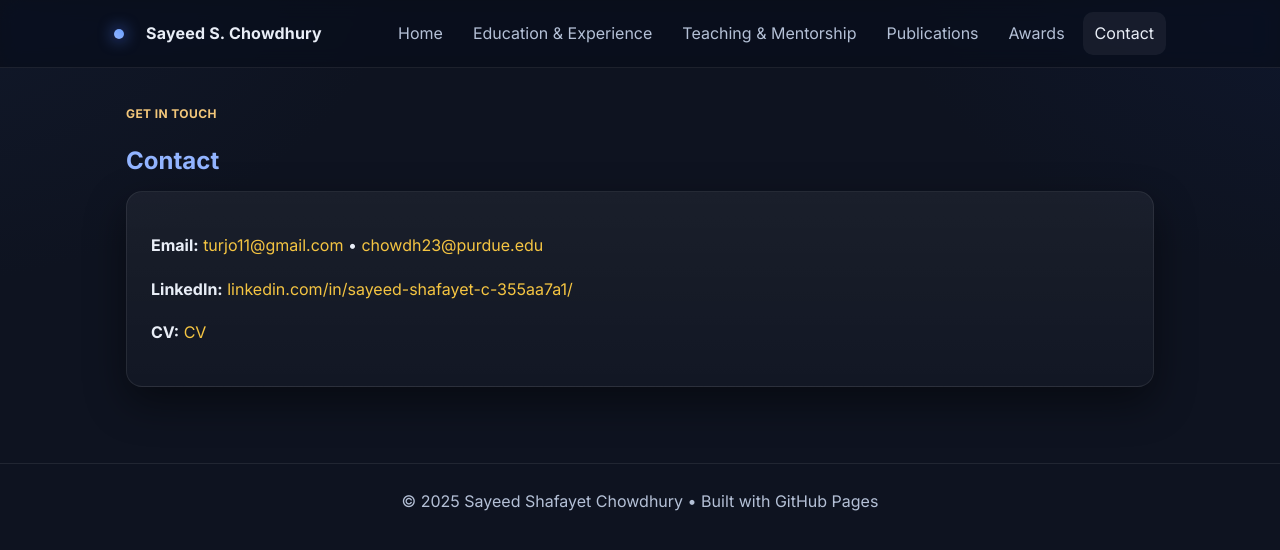
Repository: SayeedChowdhury/SayeedChowdhury.github.io
Page: contact.html
An editor plug-in stored every save of this project. The page is shown before and after the next save, followed by the edit.
The browser window is 1280 px wide. The pictures show the whole page.

Above is the page before, as saved 2025-08-11 14:25:16.

### contact.html
<!doctype html>
<html lang="en">
<head>
  <meta charset="utf-8">
  <meta name="viewport" content="width=device-width, initial-scale=1">
  <title>Contact • Sayeed S. Chowdhury</title>
  <link rel="preconnect" href="https://fonts.googleapis.com">
  <link rel="preconnect" href="https://fonts.gstatic.com" crossorigin>
  <link href="https://fonts.googleapis.com/css2?family=Inter:wght@400;600;700&display=swap" rel="stylesheet">
  <link rel="stylesheet" href="assets/style.css">
</head>
<body>
<div class="nav">
  <div class="inner container">
    <div class="brand"><span class="dot"></span> <a href="index.html" style="text-decoration:none;color:inherit;">Sayeed S. Chowdhury</a></div>
    <div style="margin-left:auto; display:flex; gap:6px; flex-wrap:wrap">
      <a href="index.html" class="">Home</a>
      <a href="edu-exp.html" class="">Education & Experience</a>
      <a href="teaching.html" class="">Teaching & Mentorship</a>
      <a href="publications.html" class="">Publications</a>
      <a href="awards.html" class="">Awards</a>
      <a href="contact.html" class="active">Contact</a>
    </div>
  </div>
</div>
<div class="container">

<section class="section">
  <div class="kicker">Get in touch</div>
  <h2>Contact</h2>
  <div class="card">
    <p><strong>Email:</strong> <a href="mailto:turjo11@gmail.com">turjo11@gmail.com</a> • <a href="mailto:chowdh23@purdue.edu">chowdh23@purdue.edu</a></p>
    <p><strong>LinkedIn:</strong> <a target="_blank" rel="noopener" href="https://www.linkedin.com/in/sayeed-shafayet-c-355aa7a1/">linkedin.com/in/sayeed-shafayet-c-355aa7a1/</a></p>
    <p><strong>CV:</strong> <a href="assets/cv.pdf" target="_blank" rel="noopener">CV</a></p>
  </div>
</section>

</div>
<div class="footer">© 2025 Sayeed Shafayet Chowdhury • Built with GitHub Pages</div>
</body>
</html>

### assets/style.css

:root{
  --bg:#0e1320;
  --bg-grad1:#121a2d;
  --panel:#151b2e;
  --panel-2:#101626;
  --ink:#e9eef7;
  --muted:#b4c0d6;
  --navy:#92b4ff;
  --gold:#f3c77a;
  --border:rgba(255,255,255,.08);
  --shadow:0 16px 40px rgba(0,0,0,.45);
  --radius:16px;
}

*{box-sizing:border-box}
html,body{height:100%}
body{
  margin:0;
  color:var(--ink);
  background:
    radial-gradient(900px 600px at -10% -10%, var(--bg-grad1) 0%, transparent 60%),
    radial-gradient(900px 600px at 110% -10%, #0f1830 0%, transparent 60%),
    var(--bg);
  font:16px/1.7 "Inter", system-ui, -apple-system, Segoe UI, Roboto, Helvetica, Arial;
  -webkit-font-smoothing:antialiased;
}

.container{max-width:1100px;margin:0 auto;padding:24px}

.nav{
  position:sticky; top:0; z-index:10;
  background:rgba(9,13,24,.7);
  backdrop-filter:saturate(170%) blur(10px);
  border-bottom:1px solid var(--border);
}
.nav .inner{display:flex; align-items:center; gap:16px; padding:12px 24px;}
.nav .brand{display:flex; align-items:center; gap:10px; font-weight:700; letter-spacing:.2px; color:var(--ink)}
.nav .brand .dot{width:10px;height:10px;border-radius:50%;background:linear-gradient(45deg,var(--navy),#6aa0ff); box-shadow:0 0 16px #4e79ff}
.nav a{color:var(--muted); text-decoration:none; padding:8px 12px; border-radius:10px}
.nav a.active, .nav a:hover{color:var(--ink); background:rgba(255,255,255,.06)}

.hero{
  display:grid; grid-template-columns:1.1fr .9fr; gap:28px; align-items:stretch;
  padding:48px 24px 12px;
}
.card{
  background:linear-gradient(180deg, rgba(255,255,255,.05), rgba(255,255,255,.02));
  border:1px solid var(--border);
  border-radius:var(--radius);
  box-shadow:var(--shadow);
  padding:24px;
}
h1{font-size:32px; margin:0 0 4px}
h2{font-size:24px;margin:16px 0 10px;color:var(--navy)}
h3{font-size:18px;margin:0 0 6px}
.lead{color:var(--muted); font-size:16px}
.badges{display:flex; flex-wrap:wrap; gap:10px; margin-top:14px}
.badge{background:rgba(146,180,255,.14); border:1px solid rgba(146,180,255,.4); color:#d9e4ff; padding:6px 10px; border-radius:999px; font-size:13px}

.row{display:flex; gap:18px; flex-wrap:wrap; align-items:center}
.cta{display:flex; gap:12px; flex-wrap:wrap; margin-top:12px}
.button{display:inline-flex;align-items:center;gap:10px;padding:12px 16px;border-radius:12px;border:1px solid var(--border);background:rgba(146,180,255,.16);color:var(--ink);text-decoration:none;font-weight:600}
.button.secondary{background:rgba(255,255,255,.04)}

.headshot{width:160px;height:160px;border-radius:50%;object-fit:cover;border:3px solid rgba(255,255,255,.08);box-shadow:var(--shadow)}

.section{padding:12px}
.kicker{color:var(--gold);font-weight:700;letter-spacing:.4px;text-transform:uppercase;font-size:12px}

.list{padding-left:20px}
.list li{margin:10px 0}

.footer{border-top:1px solid var(--border); color:var(--muted); padding:24px; text-align:center; margin-top:40px}

@media (max-width: 900px){
  .hero{grid-template-columns:1fr}
}

@media print{
  .nav,.footer,.cta{display:none}
  body{background:white;color:#111}
  .card{box-shadow:none}
}

/* General link style */
a {
  color: #f5c542; /* light gold color */
  text-decoration: none; /* optional: remove underline */
}

/* Hover effect */
a:hover {
  color: #ffdb70; /* slightly brighter gold */
  text-decoration: underline; /* optional: underline on hover */
}

/* Visited links (to avoid purple) */
a:visited {
  color: #f5c542;
}

After the next save:
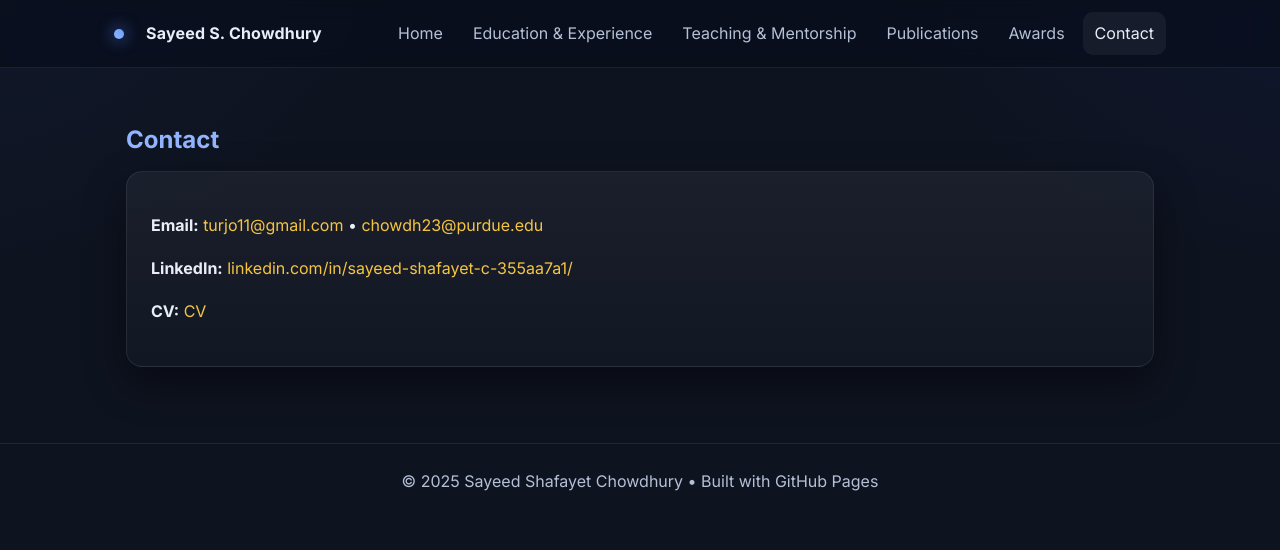
Saved 3 min 32 s later.
--- a/contact.html
+++ b/contact.html
@@ -26,7 +26,7 @@
 <div class="container">
 
 <section class="section">
-  <div class="kicker">Get in touch</div>
+  <!-- <div class="kicker">Get in touch</div> -->
   <h2>Contact</h2>
   <div class="card">
     <p><strong>Email:</strong> <a href="mailto:turjo11@gmail.com">turjo11@gmail.com</a> • <a href="mailto:chowdh23@purdue.edu">chowdh23@purdue.edu</a></p>
